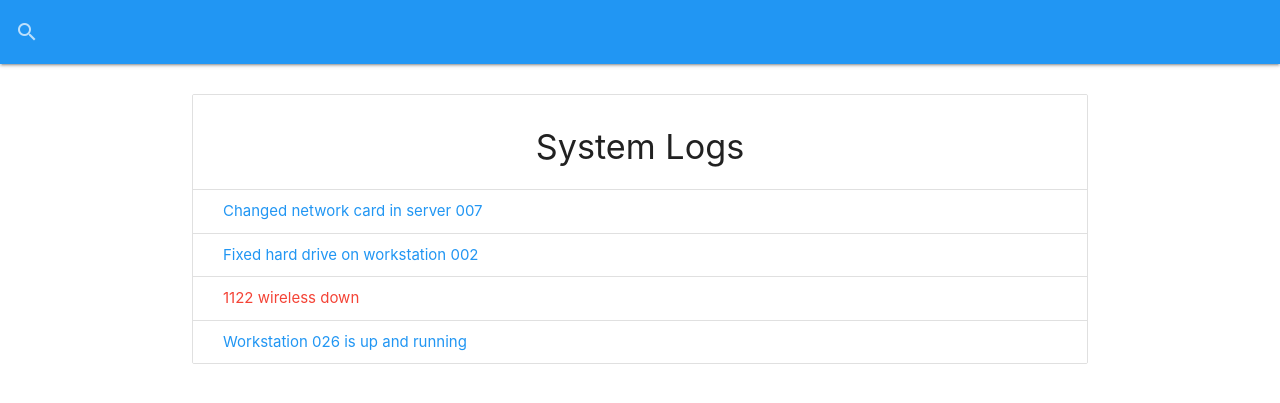
Repository: faraznisar/It-Logger
Page: /
The author's editor kept a copy of each file at every save. The page is drawn from the files as they stood at one save, then again after the next save.
The browser window is 1280 px wide. The pictures show the whole page.
The project was rebuilt for these pictures with package versions that can differ from the ones it lists, and the page was loaded fresh each time. Requests to the local data server were answered from the project's data file. Also part of the build but not shown: src/App.css.

Above is the page before, as saved 2020-08-15 15:48:41.

### public/index.html
<!DOCTYPE html>
<html lang="en">
  <head>
    <meta charset="utf-8" />
    <meta name="viewport" content="width=device-width, initial-scale=1" />
    <meta name="theme-color" content="#000000" />
    <meta
      name="description"
      content="Web site created using create-react-app"
    />
    <link
      href="https://fonts.googleapis.com/icon?family=Material+Icons"
      rel="stylesheet"
    />

    <title>IT Logger</title>
  </head>
  <body>
    <noscript>You need to enable JavaScript to run this app.</noscript>
    <div id="root"></div>
  </body>
</html>

### src/App.js
import React, { useEffect, Fragment } from "react";
import "materialize-css/dist/css/materialize.min.css";
import M from "materialize-css/dist/js/materialize.min.js";
import "./App.css";

import SearchBar from "./components/layout/SearchBar";
import Logs from "./components/logs/Logs";

function App() {
  useEffect(() => {
    M.AutoInit();
  });
  return (
    <Fragment>
      <SearchBar />
      <div className="container">
        <Logs />
      </div>
    </Fragment>
  );
}

export default App;

### src/components/layout/SearchBar.js
import React from "react";

const SearchBar = () => {
  return (
    <nav style={{ marginBottom: "30px" }} className="blue">
      <div className="nav-wrapper">
        <form>
          <div className="input-field">
            <input id="search" type="search" />
            <label className="label-icon" htmlFor="search">
              <i className="material-icons">search</i>
            </label>
            <i className="material-icons">close</i>
          </div>
        </form>
      </div>
    </nav>
  );
};

export default SearchBar;

### src/components/logs/Logs.js
import React, { useState, useEffect } from "react";

import LogItem from "./LogItem";
const Logs = () => {
  const [logs, setLogs] = useState([]);

  const [loading, setLoading] = useState(false);

  useEffect(() => {
    getLogs();
    //eslint-disable-next-line
  }, []);

  const getLogs = async () => {
    setLoading(true);
    const res = await fetch("/logs");
    const data = await res.json();

    setLogs(data);
    setLoading(false);
  };

  if (loading) {
    return <h4>Loading...</h4>;
  }
  return (
    <ul className="collection with-header">
      <li className="collection-header">
        <h4 className="center">System Logs</h4>
      </li>
      {!loading && logs.length === 0 ? (
        <p className="center">No logs to display...</p>
      ) : (
        logs.map((log) => <LogItem log={log} key={log.id} />)
      )}
    </ul>
  );
};

export default Logs;

### src/components/logs/LogItem.js
import React from "react";
import PropTypes from "prop-types";
import moment from "react-moment";

const LogItem = ({ log }) => {
  return (
    <li className="collection-item">
      <div>
        <a
          href="#edit-log-modal"
          className={`modal-trigger ${
            log.attention ? "red-text" : "blue-text"
          }`}
        >
          {log.message}
        </a>
      </div>
    </li>
  );
};

LogItem.propTypes = {
  log: PropTypes.object.isRequired,
};

export default LogItem;

### db.json
{
  "logs": [
    {
      "message": "Changed network card in server 007",
      "attention": false,
      "tech": "Sam Smith",
      "date": "2019-05-31T15:46:10.179Z",
      "id": 1
    },
    {
      "id": 2,
      "message": "Fixed hard drive on workstation 002",
      "attention": false,
      "tech": "John Doe",
      "date": "2019-05-31T16:18:04.245Z"
    },
    {
      "message": "1122 wireless down",
      "attention": true,
      "tech": "Sara Wilson",
      "date": "2019-05-31T15:46:48.690Z",
      "id": 3
    },
    {
      "id": 4,
      "message": "Workstation 026 is up and running",
      "attention": false,
      "tech": "Sara Wilson",
      "date": "2019-05-31T19:57:35.544Z"
    }
  ],
  "techs": [
    {
      "id": 1,
      "firstName": "John",
      "lastName": "Doe"
    },
    {
      "id": 2,
      "firstName": "Sam",
      "lastName": "Smith"
    },
    {
      "id": 3,
      "firstName": "Sara",
      "lastName": "Wilson"
    },
    {
      "firstName": "Faraz",
      "lastName": "Shah",
      "id": 4
    }
  ]
}

Loaded but not shown: src/index.js (common file)

After the next save:
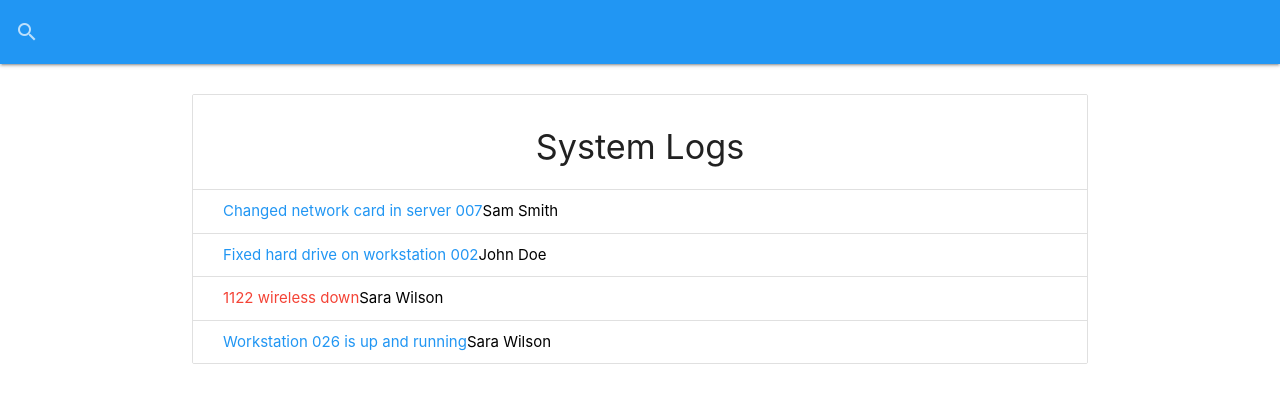
Saved 35 s later.
--- a/src/components/logs/LogItem.js
+++ b/src/components/logs/LogItem.js
@@ -14,6 +14,9 @@ const LogItem = ({ log }) => {
         >
           {log.message}
         </a>
+        <span className="grey-text">
+          <span className="black-text">{log.tech}</span>
+        </span>
       </div>
     </li>
   );
